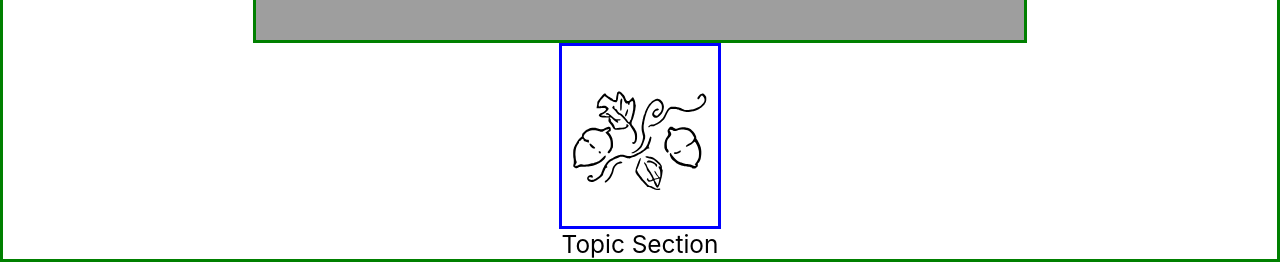
Repository: Achorn/achorn.github.io
Page: /
The author's editor kept a copy of each file at every save. The page is drawn from the files as they stood at one save, then again after the next save.
The browser window is 1280 px wide. The pictures show the part of the page from y = 512 to 1464 px (the page is 774 px tall before and 1464 px after).
Pictures or frames that could not be fetched are drawn as grey boxes. The project was rebuilt for these pictures with package versions that can differ from the ones it lists, and the page was loaded fresh each time.

Above is the page before, as saved 2023-05-10 10:44:24.

### public/index.html
<!DOCTYPE html>
<html lang="en">
  <head>
    <meta charset="utf-8" />
    <link rel="icon" href="%PUBLIC_URL%/favicon.ico" />
    <meta name="viewport" content="width=device-width, initial-scale=1" />
    <meta name="theme-color" content="#000000" />
    <meta
      name="description"
      content="Web site created using create-react-app"
    />
    <link rel="apple-touch-icon" href="%PUBLIC_URL%/logo192.png" />
    <!--
      manifest.json provides metadata used when your web app is installed on a
      user's mobile device or desktop. See https://developers.google.com/web/fundamentals/web-app-manifest/
    -->
    <link rel="manifest" href="%PUBLIC_URL%/manifest.json" />
    <!--
      Notice the use of %PUBLIC_URL% in the tags above.
      It will be replaced with the URL of the `public` folder during the build.
      Only files inside the `public` folder can be referenced from the HTML.

      Unlike "/favicon.ico" or "favicon.ico", "%PUBLIC_URL%/favicon.ico" will
      work correctly both with client-side routing and a non-root public URL.
      Learn how to configure a non-root public URL by running `npm run build`.
    -->
    <title>Joshua Achorn</title>
  </head>
  <body>
    <noscript>You need to enable JavaScript to run this app.</noscript>
    <div id="root"></div>
    <!--
      This HTML file is a template.
      If you open it directly in the browser, you will see an empty page.

      You can add webfonts, meta tags, or analytics to this file.
      The build step will place the bundled scripts into the <body> tag.

      To begin the development, run `npm start` or `yarn start`.
      To create a production bundle, use `npm run build` or `yarn build`.
    -->
  </body>
</html>

### src/App.js
import "./App.css";
import "./main/Main";
import Main from "./main/Main";
function App() {
  return (
    <div className="App">
      <Main />
    </div>
  );
}

export default App;

### src/App.css
.App {
  text-align: center;
  /* border-style: solid;
  border-color: red; */
}

### src/main/Main.js
import selfie from "../assets/selfie.jpg";
import { ReactComponent as AcornSvg } from "../assets/acorn.svg";
import { ReactComponent as AcornMedleySvg } from "../assets/acorn-medley.svg";
import "./Main.css";

function Main() {
  return (
    <header className="Main-header">
      <HeroSection />
      <TopicSection />
    </header>
  );
}

function HeroSection() {
  return (
    <div className="Hero-section">
      <TitleWithLine />
      <div className="Image-container">
        <img src={selfie} className="App-logo" alt="logo" />
      </div>
      <BottomIconContainer />
    </div>
  );
}

function TitleWithLine() {
  return (
    <div className="TitleWithLine">
      <h1 id="title">JOSHUA ACHORN</h1>
      <div class="vl"></div>
      <h2 id="description">music - coding - design</h2>
    </div>
  );
}

function UnderConstruction() {
  return (
    <div className="Under-construction">
      <h3 id="under-construction-text">UNDER </h3>
      <AcornSvg className="Acorn-logo" />
      <h3 id="under-construction-text"> CONSTRUCTION</h3>
    </div>
  );
}
function BottomIconContainer() {
  return (
    <div className="Bottom-icon-container">
      <AcornMedleySvg className="Acorn-medley-svg" />
    </div>
  );
}

function TopicSection() {
  return <div className="Topic-section">Topic Section</div>;
}

export default Main;

### src/main/Main.css
.Main-header {
  /* background-color: #282c34; */
  border-style: solid;
  border-color: green;
  user-select: none;
  /* min-height: 100vh; */
  display: flex;
  flex-direction: column;
  align-items: center;
  font-size: calc(10px + 2vmin);
}
.Hero-section {
  display: flex;
  flex-direction: column;
  align-items: center;
  min-height: 100vh;
}

.TitleWithLine {
  /* margin-top: 3vh;
  margin-bottom: 3vh; */
  height: 15vh;
  display: flex;
  flex-direction: row;
  align-items: center;
  justify-content: center;
  border-style: solid;
  border-color: blue;
}

.vl {
  margin-left: 2vw;
  margin-right: 2vw;
  border-left: 1px solid black;
  height: 7vh;
}
#title {
  font-family: "futura-pt", sans-serif;
  font-weight: 500;
  color: #000;
  line-height: 2.23vw;
  display: flex;
  align-items: center;
  justify-content: flex-end;
  width: 35vw;
  text-align: right;
  letter-spacing: 0.39vw;
  font-size: 1.6vw;
}
#description {
  letter-spacing: 0.125vw;
  font-family: "caslon";
  font-size: 1.5vw;
  color: #000;
  font-style: italic;
  font-weight: 500;
  line-height: 18px;
  text-align: left;
  width: 35vw;
  text-transform: none;
}

.Image-container {
  height: 60vh;
  width: 60vw;
  border-style: solid;
  border-color: green;
  overflow: hidden;
}

.App-logo {
  height: 100%;
  width: 100%;
  object-fit: cover;
}

.Under-construction {
  border-style: solid;
  border-color: blue;
  height: 25vh;
  display: flex;
  flex-direction: row;
  align-items: center;
  justify-content: center;
}
#under-construction-text {
  user-select: none;
  border-style: solid;
  border-color: blue;
  font-family: "futura-pt", sans-serif;
  font-weight: 500;
  line-height: 2.23vw;
  letter-spacing: 0.39vw;
  font-size: 1.6vw;
}

.Acorn-logo {
  padding: 1.5vw;
  border-style: solid;
  border-color: blue;
  height: 3vw;
  width: auto;
  fill: black;
}

@media (prefers-reduced-motion: no-preference) {
  .Acorn-logo {
    animation: Acorn-logo-spin infinite 20s linear;
  }
}

@keyframes Acorn-logo-spin {
  from {
    transform: rotate(0deg);
  }
  to {
    transform: rotate(360deg);
  }
}

.Bottom-icon-container {
  border-style: solid;
  border-color: blue;
  height: 25vh;
  display: flex;
  align-items: center;
  justify-content: center;
}

.Acorn-medley-svg {
  height: 16vh;
  width: auto;
  fill: #1f2425;
  /* fill: black; */
}

Loaded but not shown: src/index.js (common file); src/index.css (common file); src/reportWebVitals.js (common file)

After the next save:
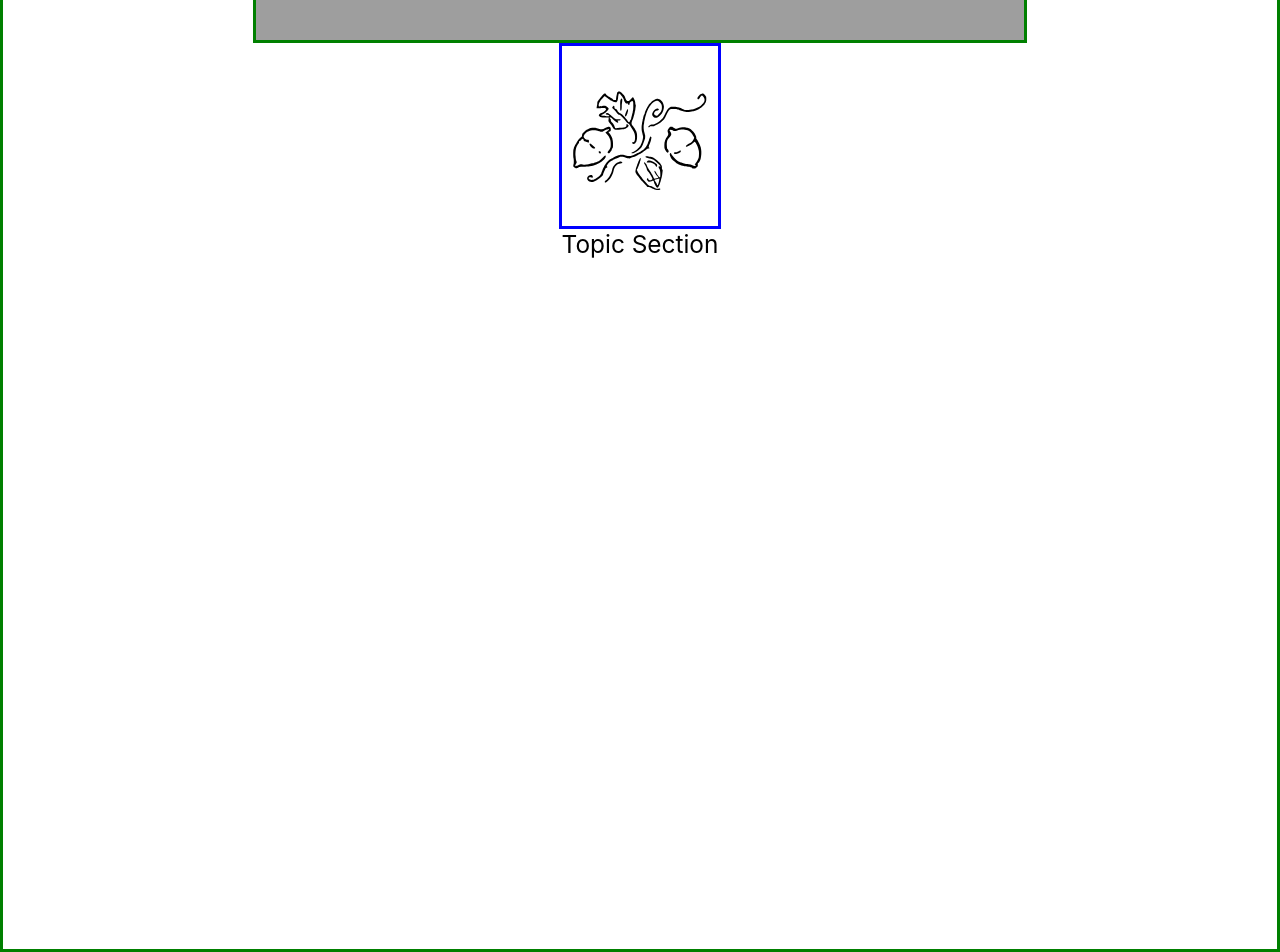
Saved 12 s later.
--- a/src/main/Main.css
+++ b/src/main/Main.css
@@ -133,3 +133,7 @@
   fill: #1f2425;
   /* fill: black; */
 }
+
+.Topic-section {
+  min-height: 100vh;
+}
